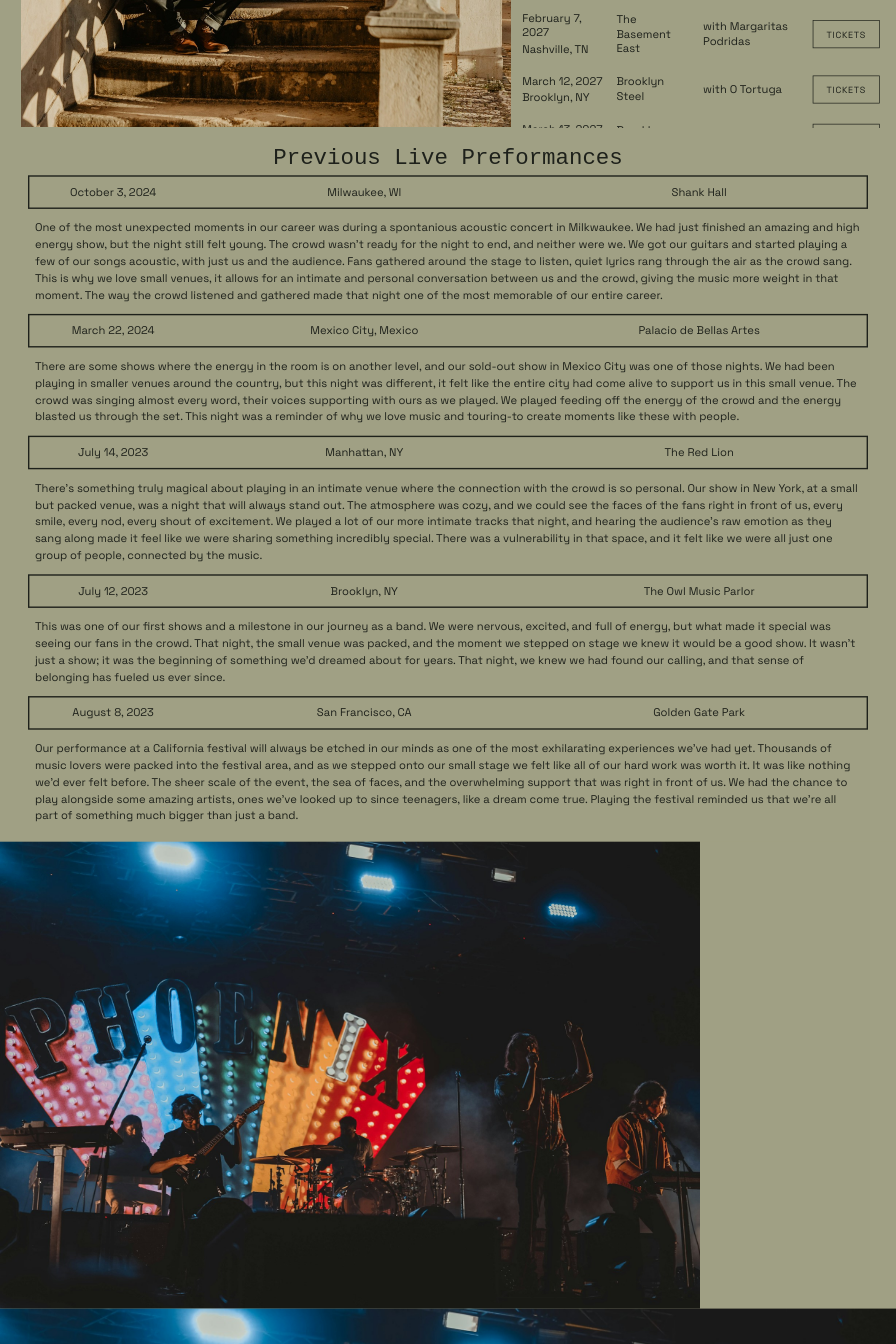
Repository: lime929/voices-del-viento
Page: /tour
An editor plug-in stored every save of this project. The page is shown before and after a run of saves, followed by the edit.
The browser window is 1280 px wide. The pictures show the part of the page from y = 809 to 2729 px (the page is 10079 px tall before and 10089 px after), at 70% of full size.
An inner scrolling area shows only its first screen. The project was rebuilt for these pictures with package versions that can differ from the ones it lists, and the page was loaded fresh each time. The framework's server and built-in components were replaced by stand-ins that run in the browser. Also part of the build but not shown: next.config.mjs.

Above is the page before, as saved 2026-09-15 17:43:07.

### app/layout.jsx
import '../app/globals.css';
import Footer from '../app/components/Footer';
import NavBar from '../app/components/NavBar';


export const metadata = {
  title: "Voces del Viento",
  description:
    "Voces del Viento is a Mexican indie rock band from Michoacán, blending classic Latin rock influences with modern sounds inspired by Caifanes, Juanes, and Los Enanitos Verdes. Discover their heartfelt music, cultural roots, and energetic live performances.",
  keywords: [
    "Voces del Viento",
    "Mexican indie rock",
    "Michoacán, Mexico",
    "Latin rock",
    "Alternative music",
    "band from Mexico",
    "indie music",
  ],
};

export default function MainLayout({ children }) {
  return (
    <html lang="en">
      <body>
        <NavBar />
        {children}
        <Footer />
      </body>
    </html>
  );
}

### app/tour/page.jsx
import styles from "./page.module.css";
import TourCurrent from "../components/TourCurrent";
import TourPast from "../components/TourPast";
import tours from "./tours.json";
import Image from "next/image";
import tourImage from "../../public/images/tour/tourImage.jpg";
import TourGallery from "../components/TourGallery";

export const metadata = {
  title: "Voces del Viento | Tour",
  description: "Live performances and tour dates for Voces del Viento. Check out our upcoming concerts and events.",
  keywords: [
    "Voces del Viento",
    "Concert announcements",
    "Live performances",
    "Tour dates",
    "Music events",
    "Band tour",
    "Live music",
    "Concert schedule",
    "Tour updates",
    "Music tour"
  ]
};

export default function TourPage() {
  const upcomingTours = tours.filter((tour) => tour.status === "upcoming");
  const pastTours = tours.filter((tour) => tour.status === "past");

  return (
    <>
      <div className={styles.tourContainer}>
      <div className={styles.tourHeader}>
        <h2 className={styles.tourTitle}>La Belleza del Cielo Tour</h2>
        <h4 className={styles.bandName}>Voices Del Viento</h4>
      </div>
       <div className={styles.currentColumns}>
  <div className={styles.currentTourImageWrap}>
          <Image
            src={tourImage}
            alt="Band's Tour image"
            width={700}
            height={800}
            sizes="100vw"
            className={styles.tourImage}
          />
        </div>
          <div className={styles.currentTourList}>
            {upcomingTours.map((tour) => (
            <TourCurrent key={tour.id} tour={tour} />
          ))}
          </div>
        </div>

        <div className={styles.pastTourList}>
          <h3 className={styles.pastTourTitle}>Previous Live Preformances</h3>
          {pastTours.map((tour) => (
            <TourPast key={tour.id} tour={tour} />
          ))}
        </div>
      </div>
      <TourGallery />
    </>
  );
}

### app/globals.css
/* @import url("https://fonts.googleapis.com/css2?family=Bebas+Neue&family=DM+Sans:opsz,wght@9..40,400;9..40,500;9..40,600;9..40,700&family=Space+Mono:wght@400;700&display=swap");
@import url('https://fonts.googleapis.com/css2?family=Space+Grotesk:wght@300..700&display=swap'); */

@import url('https://fonts.googleapis.com/css2?family=Archivo+Black&family=Bebas+Neue&family=DM+Sans:ital,opsz,wght@0,9..40,100..1000;1,9..40,100..1000&family=Oswald:wght@200..700&family=Roboto+Mono:ital,wght@0,100..700;1,100..700&family=Space+Grotesk:wght@300..700&display=swap');
@import "tailwindcss";

@theme {
      /* Large headings and album titles */
  --font-display: "Bebas Neue", sans-serif;
    /* Paragraphs, navigation, and buttons */
  --font-body: "Space Grotesk", sans-serif;
    /* Dates, labels, and small details */
  --font-mono: "Space Mono", monospace;

    /* Main page background */
  --color-band-bg: #A0A084;
    /* Main text, dark sections & footer */
  --color-band-ink: #1E211B;
    /* Text on dark/red backgrounds */
  --color-band-cream: #F2EBD8;
    /* Borders and secondary accents */
  --color-band-olive: #5a5a44;
    /* Small highlights and labels */
  --color-band-gold: #C49A46;
}

body {
  font-family: var(--font-body);
  background-color: var(--color-band-bg);
  color: var(--color-band-ink);
  margin: 0;
  padding: 0;
}

### app/components/Footer.jsx
export default function Footer() {
  return (
    <footer className="border-t border-band-olive bg-band-ink py-8 px-4 sm:px-6">
      <div className="mx-auto max-w-6xl">
        <div className="flex flex-col items-center justify-between gap-8 text-sm md:flex-row">
          {/* Copyright */}
          <div className="order-2 text-center md:order-1 md:text-left">
            <p className="font-semibold text-band-cream">
              © {new Date().getFullYear()}{' '}
              <span className="font-black text-band-cream">Voices Del Viento</span>
            </p>
            <p className="mt-1 font-mono text-xs tracking-wider text-band-gold">
              Made with Next.js & Tailwind by Liliana Mendez
            </p>
          </div>

          {/* Right links */}
          <nav className="order-1 flex items-center gap-6 md:order-2">
            <a
              href="/store"
              className="border-b-2 border-transparent pb-1 text-sm font-semibold text-band-cream transition-all duration-200 hover:border-band-gold hover:text-band-gold"
            >
              Store
            </a>
            <a
              href="/tour"
              className="border-b-2 border-transparent pb-1 text-sm font-semibold text-band-cream transition-all duration-200 hover:border-band-gold hover:text-band-gold"
            >
              Tour
            </a>
            <a
              href="/about"
              className="border-b-2 border-transparent pb-1 text-sm font-semibold text-band-cream transition-all duration-200 hover:border-band-gold hover:text-band-gold"
            >
              About
            </a>
            <a
              href="/news"
              className="border-b-2 border-transparent pb-1 text-sm font-semibold text-band-cream transition-all duration-200 hover:border-band-gold hover:text-band-gold"
            >
              News
            </a>
            <a
              href="/support"
              className="border-b-2 border-transparent pb-1 text-sm font-semibold text-band-cream transition-all duration-200 hover:border-band-gold hover:text-band-gold"
            >
              Support
            </a>
          </nav>
        </div>
      </div>
    </footer>
  );
}

### app/components/NavBar.jsx
'use client';
import { useState } from "react";
import Link from "next/link";
import Image from "next/image";
import { usePathname } from "next/navigation";
import { FaBars, FaTimes, FaFacebook, FaInstagram, FaYoutube, FaTwitter,FaSpotify } from "react-icons/fa";
import logoIcon from '../../app/icon.png';

export default function NavBar() {
  const [isMobileMenuOpen, setIsMobileMenuOpen] = useState(false);
  const pathname = usePathname();

  return (
    <>
      <nav className="bg-band-ink border-b border-band-olive sticky top-0 z-50">
        <div className="px-4 lg:px-6">
          <div className="relative flex h-24 items-center justify-between">

            {/* Mobile menu button: always positioned absolute left and hidden on md+ screens */}
            <div className="absolute inset-y-0 left-0 flex items-center md:hidden">
              <button
                onClick={() => setIsMobileMenuOpen(!isMobileMenuOpen)}
                className="inline-flex items-center justify-center p-2 rounded-md text-band-cream hover:text-band-gold hover:bg-band-olive/20 focus:outline-none focus:ring-2 focus:ring-band-gold"
                aria-controls="mobile-menu"
                aria-expanded={isMobileMenuOpen}
              >
                <span className="sr-only">Open main menu</span>
                {isMobileMenuOpen ? (
                  <FaTimes className="block h-6 w-6" />
                ) : (
                  <FaBars className="block h-6 w-6" />
                )}
              </button>
            </div>

            <div className="flex flex-1 items-center justify-center md:justify-start">
              <Link href="/" className="flex flex-shrink-0 items-center gap-2 hover:opacity-90 transition">
                <Image
                  src={logoIcon}
                  alt="Voices Del Viento Logo"
                  width={50}
                  height={50}
                  priority
                />

                <span className="hidden font-display text-4xl font-bold uppercase tracking-wide text-band-cream transition-colors hover:text-band-gold md:block md:mr-9">
                Voces Del Viento
                </span>
              </Link>


              <div className="hidden md:ml-6 md:block md:pt-2">
                <div className="flex space-x-4 lg:space-x-6">
                  <Link
                    href="/store"
                    className={`${
                      pathname === "/store" ? "border-b-2 border-band-gold text-band-gold" : "border-b-2 border-transparent text-band-cream hover:text-band-gold hover:border-band-gold"
                    } text-lg font-semibold pb-1 transition-all`}
                  >
                    Store
                  </Link>
                  <Link
                    href="/tour"
                    className={`${
                      pathname === "/tour" ? "border-b-2 border-band-gold text-band-gold" : "border-b-2 border-transparent text-band-cream hover:text-band-gold hover:border-band-gold"
                    } text-lg font-semibold pb-1 transition-all`}
                  >
                    Tour
                  </Link>
                  <Link
                    href="/about"
                    className={`${
                      pathname === "/about" ? "border-b-2 border-band-gold text-band-gold" : "border-b-2 border-transparent text-band-cream hover:text-band-gold hover:border-band-gold"
                    } text-lg font-semibold pb-1 transition-all`}
                  >
                    About
                  </Link>
                  <Link
                    href="/news"
                    className={`${
                      pathname === "/news" ? "border-b-2 border-band-gold text-band-gold" : "border-b-2 border-transparent text-band-cream hover:text-band-gold hover:border-band-gold"
                    } text-lg font-semibold pb-1 transition-all`}
                  >
                    News
                  </Link>
                  <Link
                    href="/support"
                    className={`${
                      pathname === "/support" ? "border-b-2 border-band-gold text-band-gold" : "border-b-2 border-transparent text-band-cream hover:text-band-gold hover:border-band-gold"
                    } text-lg font-semibold pb-1 transition-all`}
                  >
                    Support
                  </Link>
                </div>
              </div>
            </div>

            <div className="absolute inset-y-0 right-0 flex items-center pr-2 md:static md:ml-6 md:pr-0">
              <div className="flex items-center gap-2 text-band-cream">
             <button className="relative p-2 rounded-full transition-transform duration-250 ease-in-out hover:scale-110 hover:text-band-gold">
                    <FaFacebook className="h-6 w-6" />
                </button>
             <button className="relative p-2 rounded-full transition-transform duration-250 ease-in-out hover:scale-110 hover:text-band-gold">
                    <FaInstagram className="h-6 w-6" />
                </button>
             <button className="relative p-2 rounded-full transition-transform duration-250 ease-in-out hover:scale-110 hover:text-band-gold">
                    <FaYoutube className="h-6 w-6" />
                </button>
             <button className="relative p-2 rounded-full transition-transform duration-250 ease-in-out hover:scale-110 hover:text-band-gold">
                    <FaTwitter className="h-6 w-6" />
                </button>
            <button className="relative p-2 rounded-full transition-transform duration-250 ease-in-out hover:scale-110 hover:text-band-gold">
                    <FaSpotify className="h-6 w-6" />
                </button>
              </div>
            </div>
          </div>
        </div>

        {/* Mobile menu */}
        {isMobileMenuOpen && (
          <div className="md:hidden bg-band-ink/95 backdrop-blur-md border-t border-band-olive px-4 pb-4 pt-2 space-y-1">
            <Link
              href="/store"
              className={`${
                pathname === "/store" ? "bg-band-olive/20 text-band-cream" : "border-b-2 border-transparent text-band-cream hover:bg-band-olive/20 hover:text-band-gold"
              } block rounded-md px-3 py-3 text-base font-semibold transition-colors`}
              onClick={() => setIsMobileMenuOpen(false)}
            >
              Store
            </Link>
            <Link
              href="/tour"
              className={`${
                pathname === "/tour" ? "bg-band-olive/20 text-band-cream" : "border-b-2 border-transparent text-band-cream hover:bg-band-olive/20 hover:text-band-gold"
              } block rounded-md px-3 py-3 text-base font-semibold transition-colors`}
              onClick={() => setIsMobileMenuOpen(false)}
            >
              Tour
            </Link>
            <Link
              href="/about"
              className={`${
                pathname === "/about" ? "bg-band-olive/20 text-band-cream" : "border-b-2 border-transparent text-band-cream hover:bg-band-olive/20 hover:text-band-gold"
              } block rounded-md px-3 py-3 text-base font-semibold transition-colors`}
              onClick={() => setIsMobileMenuOpen(false)}
            >
              About
            </Link>
            <Link
              href="/news"
              className={`${
                pathname === "/news" ? "bg-band-olive/20 text-band-cream" : "border-b-2 border-transparent text-band-cream hover:bg-band-olive/20 hover:text-band-gold"
              } block rounded-md px-3 py-3 text-base font-semibold transition-colors`}
              onClick={() => setIsMobileMenuOpen(false)}
            >
              News
            </Link>
            <Link
              href="/support"
              className={`${
                pathname === "/support" ? "bg-band-olive/20 text-band-cream" : "border-b-2 border-transparent text-band-cream hover:bg-band-olive/20 hover:text-band-gold"
              } block rounded-md px-3 py-3 text-base font-semibold transition-colors`}
              onClick={() => setIsMobileMenuOpen(false)}
            >
              Support
            </Link>
          </div>
        )}
      </nav>
    </>
  );
}

### app/tour/page.module.css
/* Tour banner */
.tourContainer {
  display: flex;
  flex-direction: column;
  padding: 10px;
  background-color: var(--color-band-bg);
}

.tourHeader {
    align-items: center;
    text-align: center;
    width: 100vw;
    margin-left: calc(50% - 50vw);
    box-sizing: border-box;
}

.bandName {
  font-family: var(--font-mono);
  border-bottom: 2px solid var(--color-band-olive);
  padding-bottom: 5px;
}

.tourTitle {
  font-size: 2rem;
  font-weight: bold;
  margin-bottom: 5px;
  color: var(--color-band-ink);
  font-family: var(--font-display);
}

/* current tour entries */
.currentColumns {
  display: grid;
  grid-template-columns: 1fr 1fr;
  align-items: center;
  width: 100%;
}

.currentTourImageWrap {
  width: 700px;
  margin-top: 0;
  margin-left: 20px
}

.tourImage {
  width: 100%;
  height: auto;
  display: block;
}

.currentTourList {
  display: flex;
  flex-direction: column;
  gap: 0;
  max-height: 800px;
  overflow-y: auto;
  padding-right: 0.5rem;
}

.tourEntry {
  display: grid;
  grid-template-columns: 1.1fr 1fr 1.3fr auto;
  grid-template-rows: auto auto;
  align-items: center;
  gap: 1rem;
  padding: 0.4rem 0.3rem 0.1rem 1rem;
}

.tourEntry:hover {
  background-color: rgba(0, 0, 0, 0.05);
  transition: background-color 0.2s ease;
}

.tourDateLocation {
  display: flex;
  flex-direction: column;
  gap: 0.2rem;
}

.tourDateCell,
.tourLocationCell,
.tourVenueCell,
.tourGuestCell {
  font-size: 1rem;
  line-height: 1.3;
  margin: 0;
}

.tourTickets {
  justify-self: end;
  padding: 0.6rem 1.2rem;
  border: 1px solid var(--color-band-ink);
  text-decoration: none;
  color: var(--color-band-ink);
  text-transform: uppercase;
  letter-spacing: 0.08em;
  font-size: 0.8rem;
  transition: background-color 0.2s ease, color 0.2s ease;
}

.tourTickets:hover {
  background-color: var(--color-band-ink);
  color: var(--color-band-cream);
}

/* smaller screens */
/* dates appear below img */
@media (width <= 768px) {
  .tourContainer {
    display: flex;
    flex-direction: column;
  }

  .currentColumns {
    display: flex;
    flex-direction: column;
    width: 100%;
  }

  .currentTourImageWrap {
    width: 100%;
    margin-left: 0;
  }

  /* .pastTour {
    margin: 0;
  } */
}

/* Past tour dates */
.pastTourHeader {
  display: grid;
  grid-template-columns: 1fr 2fr 2fr;
  padding: 10px 0;
   text-align: center;
  border: 2px solid var(--color-band-ink);
}
.pastTourTitle {
 font-family: var(--font-mono);
 margin-top: 20px;
 font-size: 2rem;
  text-align: center;
}
.pastTour {
  max-width: 1200px;
  width: 100%;
  margin: 0 auto;
}

.tourDescription {
  padding: 15px 10px 15px 10px;

}


/* Tour Gallery */
.tourGalleryImage {
  width: 100%;
  height: auto;
  cursor: zoom-in;
  transition: transform 0.3s ease;
}

/* triggered when the img is clicked */
.tourGalleryImage.enlarged {
  transform: scale(2);
  cursor: zoom-out;
  z-index: 999;
  position: relative;
}

### app/components/TourCurrent.jsx
import styles from "../tour/page.module.css";

export default function TourCurrent({ tour }) {
  return (
    <div className={styles.tourEntry}>
      <div className={styles.tourDateLocation}>
        <div className={styles.tourDateCell}>{tour.date}</div>
        <div className={styles.tourLocationCell}>{tour.location}</div>
      </div>

      <div className={styles.tourVenueCell}>{tour.venue}</div>

      {tour.specialGuest && (
        <div className={styles.tourGuestCell}>{tour.specialGuest}</div>
      )}

      {tour.tickets && (
        <a
          href={tour.tickets.href}
          className={styles.tourTickets}
          target="_blank"
        >
          {tour.tickets.label}
        </a>
      )}
    </div>
  );
}

### app/components/TourPast.jsx
import styles from "../tour/page.module.css";

export default function TourPast({ tour }) {
  return (
  <>
    <div className={styles.pastTour}>
            <div className={styles.pastTourHeader}>
              <p className={styles.tourDate}>{tour.date}</p>
            <p className={styles.tourLocation}>{tour.location}</p>
            <p className={styles.tourVenue}>{tour.venue}</p>
            </div>
            <p className={styles.tourDescription}>{tour.description}</p>
    </div>
  </>
  );
}

### app/components/TourGallery.jsx
"use client";

import { useState } from "react";
import Image from "next/image";
import styles from "../tour/page.module.css";
import tour1 from "../../public/images/tour/tour-1.jpg";
import tour2 from "../../public/images/tour/tour-2.jpg";
import tour3 from "../../public/images/tour/tour-3.jpg";
import tour4 from "../../public/images/tour/tour-4.jpg";
import tour5 from "../../public/images/tour/tour-5.jpg";
import tour6 from "../../public/images/tour/tour-6.jpg";
import tour7 from "../../public/images/tour/tour-7.jpg";
import tour8 from "../../public/images/tour/tour-8.jpg";

const images = [tour1, tour2, tour3, tour4, tour5, tour6, tour7, tour8];

export default function TourGallery() {
  const [selectedImage, setSelectedImage] = useState(images[0]);

  return (
    <div className={styles.tourGallery}>
      <div className={styles.tourSpotlight}>
        <Image
          src={selectedImage}
          alt="Selected tour image"
          width={1000}
          height={800}
          className={styles.tourSpotlightImage}
        />
      </div>

      <div className={styles.tourGalleryGrid}>
        {images.map((image, index) => (
          <button
            key={index}
            type="button"
            className={styles.tourGalleryThumbButton}
            onClick={() => setSelectedImage(image)}
            aria-label={`View tour image ${index + 1}`}
          >
            <Image
              src={image}
              alt={`Tour Image ${index + 1}`}
              width={300}
              height={240}
              className={styles.tourGalleryImage}
            />
          </button>
        ))}
      </div>
    </div>
  );
}

Loaded but not shown: app/tour/tours.json (247 lines, source omitted)

After the next 4 saves:
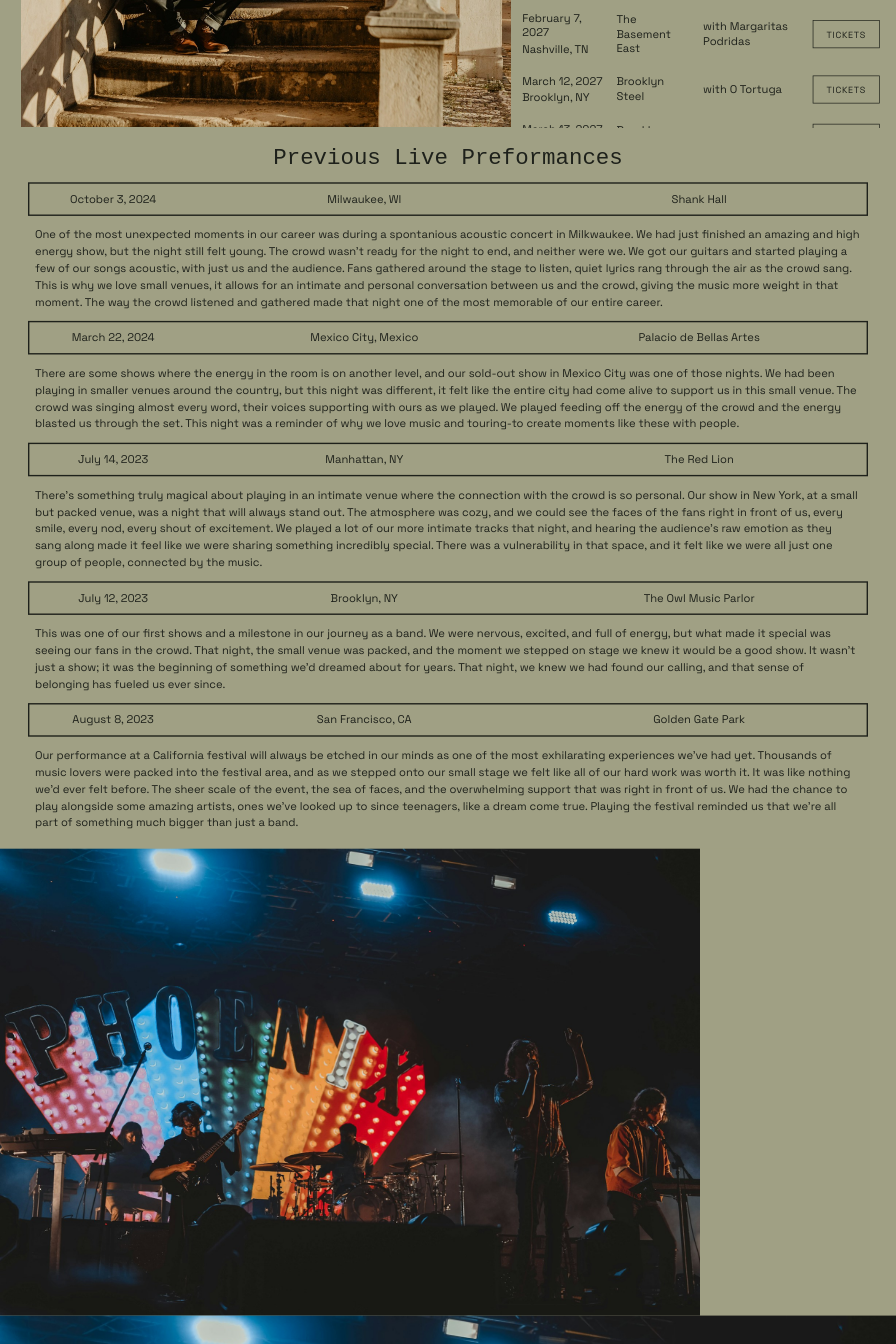
The 4 saves are shown as one change because they came seconds apart.
The last was saved 13 s later.
--- a/app/tour/page.module.css
+++ b/app/tour/page.module.css
@@ -140,6 +140,8 @@
  margin-top: 20px;
  font-size: 2rem;
   text-align: center;
+  margin-bottom: 10px;
+
 }
 .pastTour {
   max-width: 1200px;
